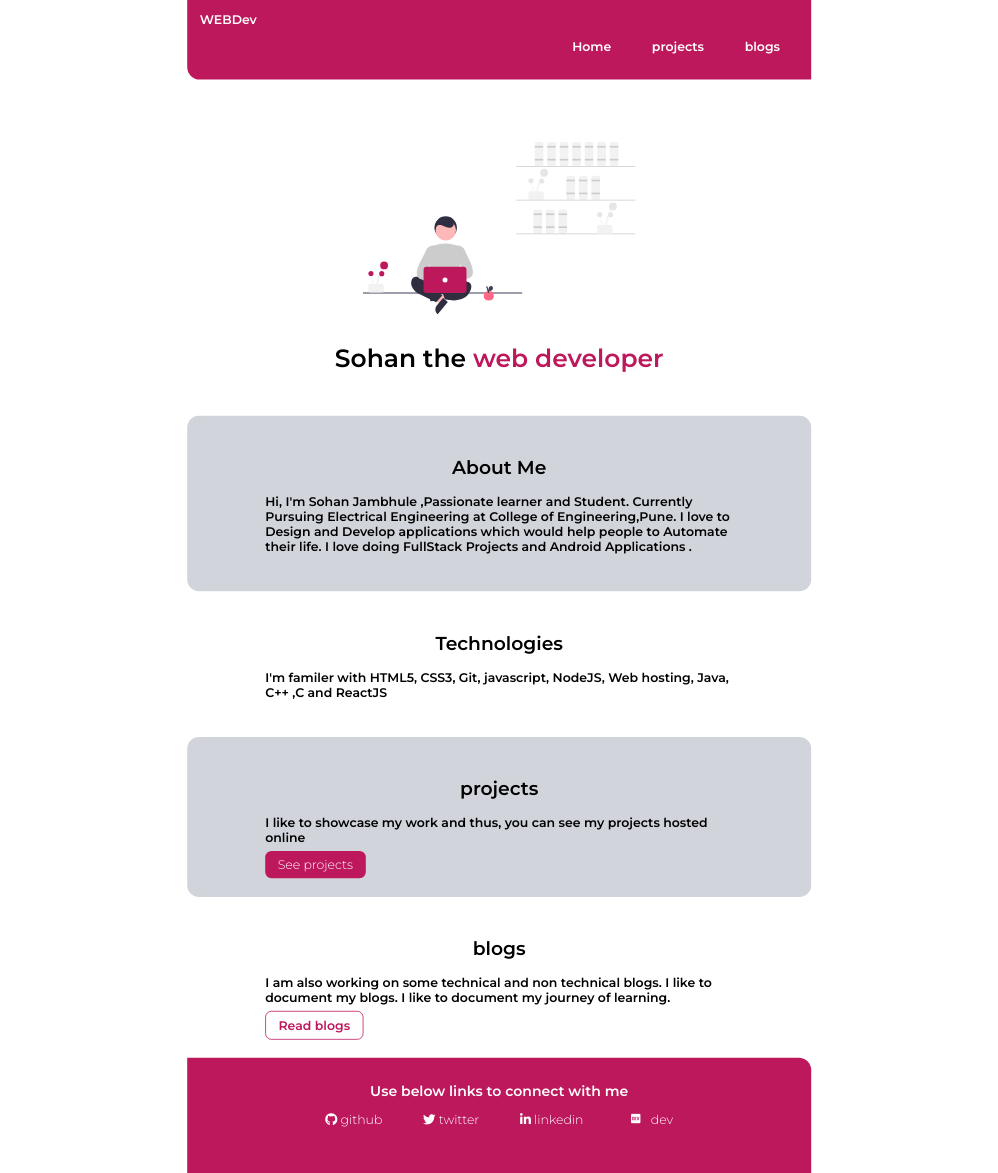
Repository: sohan2503001/Portfolio
Page: index.html
An editor plug-in stored every save of this project. The page is shown before and after the next save, followed by the edit.
The browser window is 1280 px wide. The pictures show the whole page, at 78% of full size.

Above is the page before, as saved 2021-05-10 11:09:48.

After the next save:
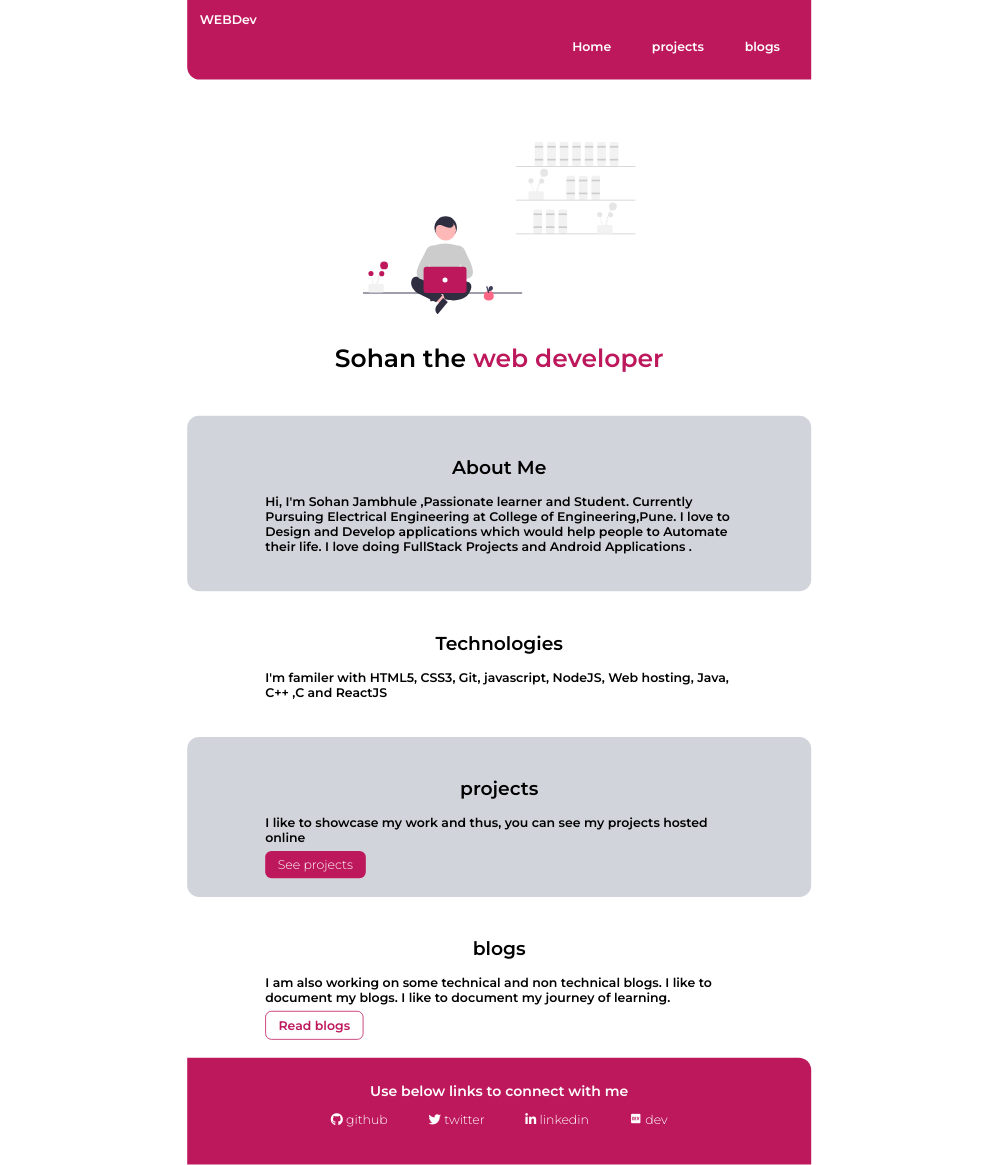
Saved 47 s later.
--- a/index.html
+++ b/index.html
@@ -102,7 +102,7 @@
       </li>
       <li class="list-item-inline">
         <a class="link" href="https://dev.to/sohan25" target="_blank">
-          <i class="bx bxl-dev-to ion" ></i>
+          <i class="bx bxl-dev-to" ></i>
           dev
         </a>
       </li>
